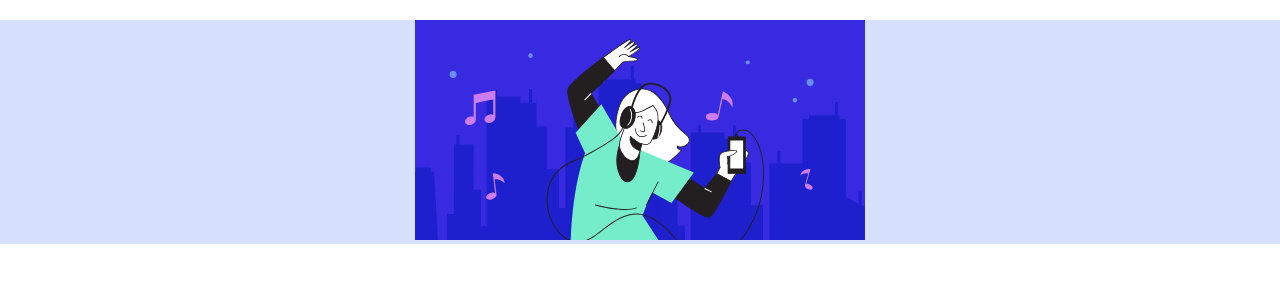
Repository: Eugene44-hub/newbie-project
Page: index.html
The author's editor kept a copy of each file at every save. The page is drawn from the files as they stood at one save, then again after the next save.
The browser window is 1280 px wide. The pictures show the whole page.

Above is the page before, as saved 2021-08-29 02:00:15.

After the next save:
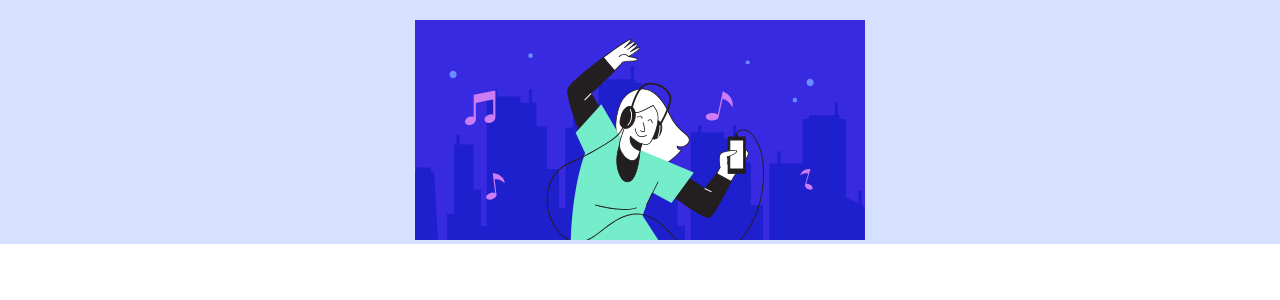
Saved 45 s later.
--- a/style.css
+++ b/style.css
@@ -11,5 +11,5 @@
     display: flex;
     justify-content: center;
     align-content: center;
-    margin-top: 20px;
+    padding-top: 20px;
 }
